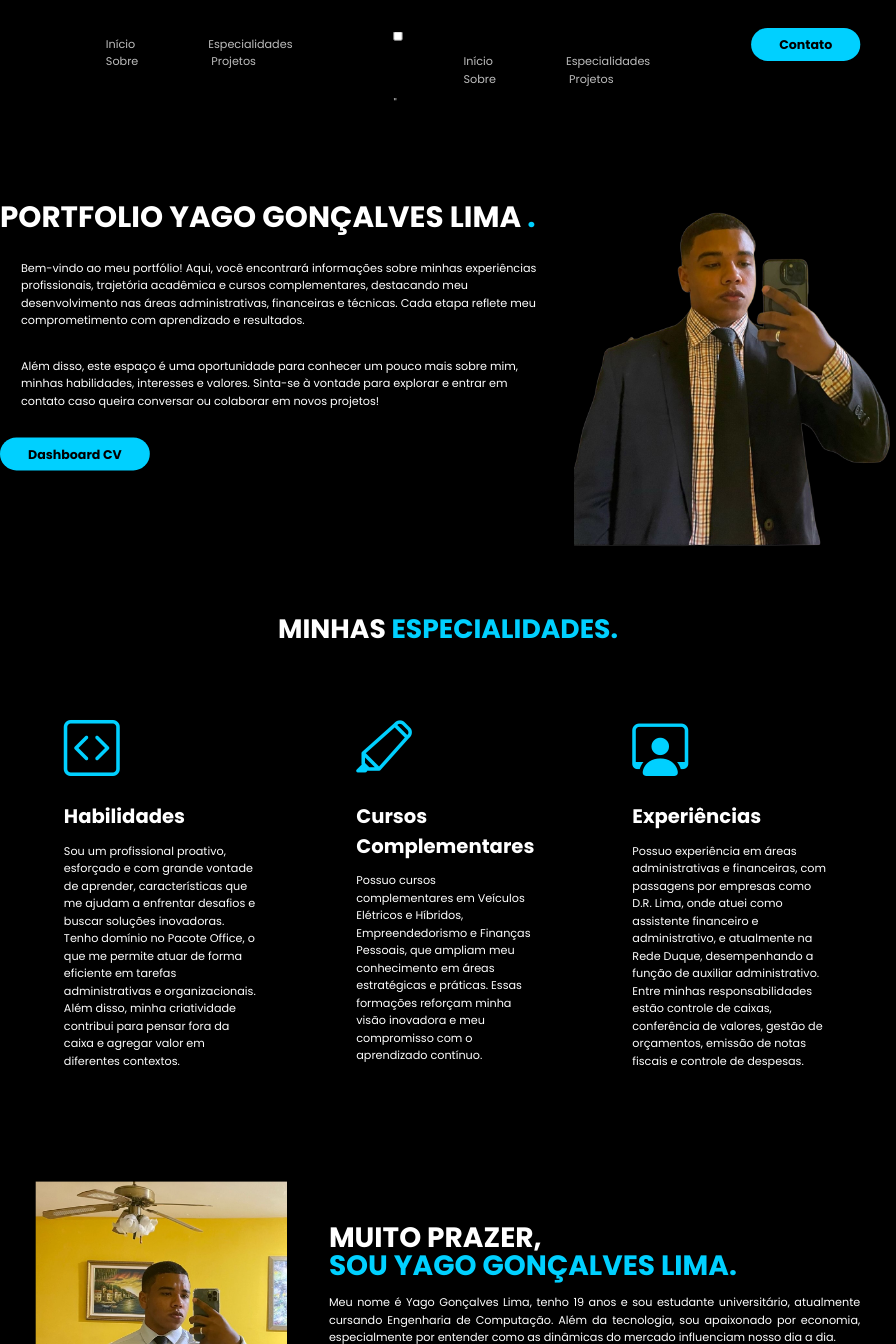
Repository: yagolima1511/Portfolio
Page: index.html
The author's editor kept a copy of each file at every save. The page is drawn from the files as they stood at one save, then again after a run of saves.
The browser window is 1280 px wide. The pictures show the part of the page from y = 0 to 1920 px (the page is 3599 px tall before and 3549 px after), at 70% of full size.

Above is the page before, as saved 2025-03-03 21:13:00.

### index.html
<!DOCTYPE html>
<html lang="pt-br">
<head>
    <meta charset="UTF-8">
    <meta name="viewport" content="width=device-width, initial-scale=1.0">
    <link rel="preconnect" href="https://fonts.googleapis.com">
<link rel="preconnect" href="https://fonts.gstatic.com" crossorigin>
<link href="https://fonts.googleapis.com/css2?family=Cabin:ital,wght@0,400..700;1,400..700&family=Poppins:ital,wght@0,100;0,200;0,300;0,400;0,500;0,600;0,700;0,800;0,900;1,100;1,200;1,300;1,400;1,500;1,600;1,700;1,800;1,900&display=swap" rel="stylesheet">
<link rel="stylesheet" href="https://cdn.jsdelivr.net/npm/bootstrap-icons@1.11.3/font/bootstrap-icons.min.css">
    <link rel="stylesheet" href="style.css">
    <link rel="icon" href="imagens.portifolio/logo_yago_sem_fundo.png">
    <title>Yago Gonçalves Lima</title>
</head>
<body>

    <header>
        <div class="interface">
             <nav>
                <nav class="menu-desktop">
                    <ul>
                        <li><a href="#início">Início</a></li>
                        <li><a href="#especialidades">Especialidades</a></li>
                        <li><a href="#sobre">Sobre</a></li>
                        <li><a href="#projetos">Projetos</a></li>
                    </ul>
                </nav>
             </nav>
             <!-- MENU MOBILE-->
              <div class="menu-mobile">
                <input type="checkbox" id="menu-toggle">
                <label for="menu-toggle" class="menu-btn">
                    <i class="bi bi-list"></i>
                </label>
                <nav class="mobiel-nav">
                    <ul>
                          <li><a href="#início">Início</a></li>
                        <li><a href="#especialidades">Especialidades</a></li>
                        <li><a href="#sobre">Sobre</a></li>
                        <li><a href="#projetos">Projetos</a></li>
                    </ul>

                    <div class="btn-contato">
                        <a href=""https://api.whatsapp.com/send?phone=5511951423405">"
                    </div>


                    </ul>
                </nav>
              </div>

             <div class="btn-contato">
                <a href="https://api.whatsapp.com/send?phone=5511951423405">
                    <button>Contato</button>
                </a>
             </div>
        </div><!--INTERFACE-->
    </header>

    <main>
        <section id="início">
        <section class="topo-do-site">
            <div class="interface">
                <div class="flex">
                    <div class="txt-topo-site">
                       <h1>PORTFOLIO YAGO GONÇALVES LIMA <span>.</span></h1>
                       <p>Bem-vindo ao meu portfólio! Aqui, você encontrará informações sobre minhas experiências profissionais, trajetória acadêmica e cursos complementares, destacando meu desenvolvimento nas áreas administrativas, financeiras e técnicas. Cada etapa reflete meu comprometimento com aprendizado e resultados.</p>
                       <p>Além disso, este espaço é uma oportunidade para conhecer um pouco mais sobre mim, minhas habilidades, interesses e valores. Sinta-se à vontade para explorar e entrar em contato caso queira conversar ou colaborar em novos projetos!</p>

                       <div class="btn-contato">
                        <a href="https://www.canva.com/design/DAGZft-klJw/L4ZIEv-Um3k0rW6E9iZL9g/edit?utm_content=DAGZft-klJw&utm_campaign=designshare&utm_medium=link2&utm_source=sharebutton">
                            <button>Dashboard CV</button>
                        </a>
                       </div>
                    </div>
                    <div class="img-topo-site">
                        <img id="img-home" src="imagens.portifolio/yago sem fundo.png" alt="" class="tamanho-fixo">

                    </div>
                </div>
            </div>
        </section>
    </section>
        <section id="especialidades">

        <section class="especialidades">
            <div class="interface">
                <h2 class="titulo">MINHAS <span>ESPECIALIDADES.</span></h2>
                <div class="flex">
                     <div class="especialidades-box">
                     <i class="bi bi-code-square"></i>
                     <h3>Habilidades</h3>
                     <p>Sou um profissional proativo, esforçado e com grande vontade de aprender, características que me ajudam a enfrentar desafios e buscar soluções inovadoras. Tenho domínio no Pacote Office, o que me permite atuar de forma eficiente em tarefas administrativas e organizacionais. Além disso, minha criatividade contribui para pensar fora da caixa e agregar valor em diferentes contextos.</p>
                </div>


                     <div class="especialidades-box">
                        <i class="bi bi-highlighter"></i>
                     <h3>Cursos Complementares</h3>
                     <p>Possuo cursos complementares em Veículos Elétricos e Híbridos, Empreendedorismo e Finanças Pessoais, que ampliam meu conhecimento em áreas estratégicas e práticas. Essas formações reforçam minha visão inovadora e meu compromisso com o aprendizado contínuo.</p>
                </div>

                     <div class="especialidades-box">
                        <i class="bi bi-person-workspace"></i>
                     <h3>Experiências</h3>
                     <p>Possuo experiência em áreas administrativas e financeiras, com passagens por empresas como D.R. Lima, onde atuei como assistente financeiro e administrativo, e atualmente na Rede Duque, desempenhando a função de auxiliar administrativo. Entre minhas responsabilidades estão controle de caixas, conferência de valores, gestão de orçamentos, emissão de notas fiscais e controle de despesas.
                    </p>
                </div>
            </div>
        </section>
    </section>
             <section id="sobre">
                    <section class="sobre">
                        <div class="interface">
                            <div class="flex">
                                <div class="img-sobre">
                                    <img src="imagens.portifolio/camisa gravata.jpeg" alt="" class="tamanho-fixo">
                                </div>
                                <div class="txt-sobre">
                                      <h2>MUITO PRAZER,<span> SOU YAGO GONÇALVES LIMA.</span> </h2>
                                          <p>Meu nome é Yago Gonçalves Lima, tenho 19 anos e sou estudante universitário, atualmente cursando Engenharia de Computação. Além da tecnologia, sou apaixonado por economia, especialmente por entender como as dinâmicas do mercado influenciam nosso dia a dia.</p>
                                          <p>Combinando meu conhecimento técnico e minha visão estratégica, estou sempre em busca de oportunidades para criar soluções inovadoras e gerar impacto real. Adoro desafios e acredito que o futuro pertence a quem está disposto a aprender e empreender!</p>
                                          <div class="btn-social">

                                                <a href="https://api.whatsapp.com/send?phone=5511951423405"><button><i class="bi bi-whatsapp"></i></button></a>
                                                <a href="https://www.linkedin.com/in/yago-lima-50758a299?utm_source=share&utm_campaign=share_via&utm_content=profile&utm_medium=ios_app"><button><i class="bi bi-linkedin"></i></button></a>

                                          </div>
                                </div>

                            </div>
                        </div>
                    </section>
                </section>
                    <section id="projetos">

                    <section class="projetos">
                        <div class="interface">
                            <h2><h2 class="titulo">PROJETO <span>DESENVOLVIDO.</span></h2></h2>

                           <div class="flex">
                            <div class="img-proj" style="background-image: url(imagens.portifolio/WhatsApp\ Image\ 2024-12-10\ at\ 22.25.13.jpeg);">
                                <div class="overlay">Projeto AlphaTec</div>
                            </div>
                            <div class="img-proj" style="background-image: url(imagens.portifolio/WhatsApp\ Image\ 2024-12-10\ at\ 22.20.26.jpeg);">
                                <div class="overlay">Projeto AlphaTec</div>
                            </div>
                            <div class="img-proj" style="background-image: url(imagens.portifolio/WhatsApp\ Image\ 2024-12-10\ at\ 22.20.24.jpeg);">
                                <div class="overlay">Projeto AlphaTec</div>

                            </div>
                           </div>
                        </div>

                        <section class="projeto">
                            <div class="interface">
                                <div class="flex">
                        <div class="txt-paragrafo-projeto">
                                <p>Juntamente com meus colegas de faculdade, desenvolvemos o Projeto AlphaTec. O projeto do carrinho autônomo com Arduino é uma aplicação simples de robótica, onde o objetivo principal é criar um veículo que detecte obstáculos e mude de direção automaticamente usando um sensor ultrassônico. Aqui está uma explicação didática e direta sobre os principais componentes e funcionamento:</p>

                        </div> <!--txt-->
                    </div>
                            </div><!--INTERFACE-->



                     </section>


                     <ul>
                        <li>
                            Arduino: É o "cérebro" do carrinho, responsável por processar as informações do sensor ultrassônico e controlar os motores.
                        <li>

                                Sensor Ultrassônico (HC-SR04): Detecta obstáculos à frente, medindo a distância usando ondas sonoras.
                            </li>
                            <li>
                                Motores e Ponte H (L298N): Movem o carrinho e permitem controlar o sentido de rotação (para frente, para trás ou virar).
                            </li>
                            <li>
                                Baterias/Pilhas: Alimentam o Arduino e os motores.
                            </li>
                            <li>
                                Estrutura do Carrinho: Uma base com rodas onde os componentes são fixados
                            </li>
                        </ul>

                    </section>
                </section>


    </main>
    <footer>
        <div class="interface">
            <div class="line-footer">
                <div class="flex">
                <div class="btn-social">

                    <a href="https://api.whatsapp.com/send?phone=5511951423405"><button><i class="bi bi-whatsapp"></i></button></a>
                    <a href="https://www.linkedin.com/in/yago-lima-50758a299?utm_source=share&utm_campaign=share_via&utm_content=profile&utm_medium=ios_app"><button><i class="bi bi-linkedin"></i></button></a>

              </div>
            </div>
            </div>
                <div class="line-footer borda">
                    <p><i class="bi bi-envelope-fill"></i> <a href="mailto:goncalveslima2005@gmail.com">goncalveslima2005@gmail.com</a></p>

            </div>

        </div>
    </footer>
</body>
</html>

### style.css
/*ESTILO GERAL*/
html {
    scroll-behavior: smooth;
}

*{
    margin: 0;
    padding: 0;
    box-sizing: 0;
    font-family: "Poppins", serif;
}

body{
    background-color: black;
    height: 100vh;
}

.interface{
    max-width: 1280px;
    margin: 0 auto;
}

.flex{
    display: flex;
}

.btn-contato button{
    padding: 10px 40px;
    font-size: 18px;
    font-weight: 700;
    background-color: #00d0ff;
    border: 0;
    border-radius: 30px;
    cursor: pointer;
    transition: .2s;
}

h2.titulo{
    color: white;
    font-size: 38px;
    text-align: center;
}

h2.titulo span{
    color: #00d0ff;
}

 button:hover{
    box-shadow: 0px 0px 8px #00d0ff;
    transform: scale(1.05);
}

/* ESTILO DO CABEÇALHO */
header{
    padding: 40px 4%;
}

header > .interface{
    display: flex;
    align-items: left;
    justify-content: space-between;
}

header a{
    color: #7d7d7d;
    text-decoration: none;
    display: inline-block;
    transition: .2s;
}

header a:hover{
    color:#fff;
    transform: scale(1.05);
}

header nav ul{
    list-style-type: none;
}

header nav ul li{
    display: inline-block;
    padding: 0 50px;
}

/* ESTILO DO TOPO DO SITE */
section.topo-do-site{
    padding: 40px 0%;
}

section.top-do-site.flex{
    align-items: center;
    justify-content: center;
    gap: 90px;
}

.topo-do-site h1{
    color: white;
    font-size: 42px;
    line-height: 40px;
}

.txt-topo-site span{
    color: #00d0ff;
}

.topo-do-site .txt-topo-site p{
    color: white;
    margin: 40px 30px;

}

.topo-do-site .img-topo-site img{
    position: relative;
    animation: flutuar 2s ease-in-out infinite alternate;
}

@keyframes flutuar{
    0%{
        top: 0;
    }
    100%{
        top: 30px;
    }
}

/* ESPECIALIDADES */
section.especialidades{
    padding: 40px 4%;
}

section.especialidades .flex{
    gap: 60px;
}

.especialidades .especialidades-box{
    color: white;
    padding: 40px;
    border-radius: 20px;
    margin-top: 45px;
    transition: .2s;
}

.especialidades .especialidades-box:hover{
    transform: scale(1.05);
    box-shadow: 0 0 8px #ffffff78;
}

.especialidades .especialidades-box i{
    font-size: 80px;
    color: #00d0ff;
}

.especialidades .especialidades-box h3{
   font-size: 28px;
   margin: 15px 0;
}

/* ESTILO SOBRE */
section.sobre{
    padding: 80px 4%;
}

section.sobre .flex{
    align-items: center;
    gap: 60px;
}

.sobre .txt-sobre{
    color: white;
    line-height: 40px;
    margin-bottom: 30px;
}

.sobre .txt-sobre h2{
    font-size: 40px;
}

.sobre .txt-sobre h2 span{
    color: #00d0ff;
    display: block;
}

.sobre .txt-sobre p{
     margin: 20px 0;
     text-align: justify;
     line-height: 25px;
}

 .btn-social button{
     width: 60px;
     height: 60px;
     border-radius: 50%;
     border: none;
     background-color: #00d0ff;
     font-size: 22px;
     cursor: pointer;
     margin: 0 5px;
     transition: 2.s;
}

/* ESTILO DO PORTIFÓLIO */
section.projetos{
     padding: 80px 4%;
     box-shadow: 0 0 40px 10px rgba(255, 255, 255, 0.107);
}

section.projetos .flex{
    justify-content: space-around;
    margin-top: 60px;
}

.img-proj{
    width: 360px;
    height: 460px;
    background-size: cover;
    background-position: 100% 0%;
    transition: 1s;
    cursor: pointer;
    border-radius: 40px;  /* DEIXA A FOTO C ASA BORDAS REDONDAS */
    position: relative;
}

.img-proj:hover{
    background-position: 100% 100%;
}


.overlay{
    position: absolute;
    top: 0;
    left: 0;
    width: 100%;
    height: 100%;
    background-color: #010d01c3;
    border-radius: 40px;
    display: flex;
    align-items: center;
    justify-content: center;
    font-size: 24px;
    font-weight: 600;
    color: white;
    opacity: 0;
    transition: .5s;
}

.overlay:hover{
    opacity: 1;
}

.txt-paragrafo-projeto p{
    color: white;
    margin-bottom: 20px;
}

ul{
    list-style-position: inside;
    color: white;
    padding: 10px 50px;
}

/* ESTILO DO RODAPÉ */

footer{
    padding: 60px 4%;
    box-shadow: 0 0 40px 10px rgba(255, 255, 255, 0.090);
}

footer .flex{
    justify-content: space-between;
}

footer .line-footer{
    padding: 20px 0;
}

.borda{
    border-top: 2px solid #00d0ff;
}

footer .line-footer p i{
    color: #00d0ff;
    font-size: 22px;
}

footer .line-footer p a{
    color: white;
}

footer .line-footer p{
    text-align: right;
}



@media screen and (max-width: 1041.60px){
    /*classes gerais*/

    .flex{
        flex-direction: column-reverse;
    }

    h2.titulo{
        font-size: 34px;
        line-height: 40px;
    }

    /*cabeçalho*/
    .menu-desktop, .btn-contato{
        display: none;
    }

    .img-topo-site {
        display: none;
    }

    .txt-topo-site h1{
        margin: 7px;
        text-align: center;
        font-size: 35px;
    }

    /*topo do site*/

    section.top-do-site .flex{
        gap: 40px;

    section.topo-do-site{
        padding: 20px 8%;
    }


    .topo-do-site h1{
        font-size: 30px;
    }


    .topo-do-site .img-topo-site img{
        width: 100%;

    }
}
    /* ESPECIALIDADES */
section.especialidades{
    padding: 40px 8%;
    flex-direction: column;
}
/* SOBRE */
section.sobre{
    padding: 80px 8%;
}
.sobre .txt-sobre h2{
    font-size: 35px;
    line-height: 35px;
    text-align: center;
}
.btn-social{
    text-align: center;
}

.img-sobre img{
    width: 100%;
}

/* PROJETO*/
section.projetos{
    padding: 80px 8%;
}
.img-proj{
    width: 100%;
    max-width: 360px;
    margin: 0 auto;

}

section.projetos .flex{
   gap: 60px;
}
footer .flex{
    flex-direction: column;
}

footer .line-footer p{
    text-align: center;
}


}

.tamanho-fixo{


    height: 492px;
}

header a {
    color: #bdbdbd;
    text-decoration: none;
    display: inline-block;
    transition: .2s;
}

After the next 3 saves:
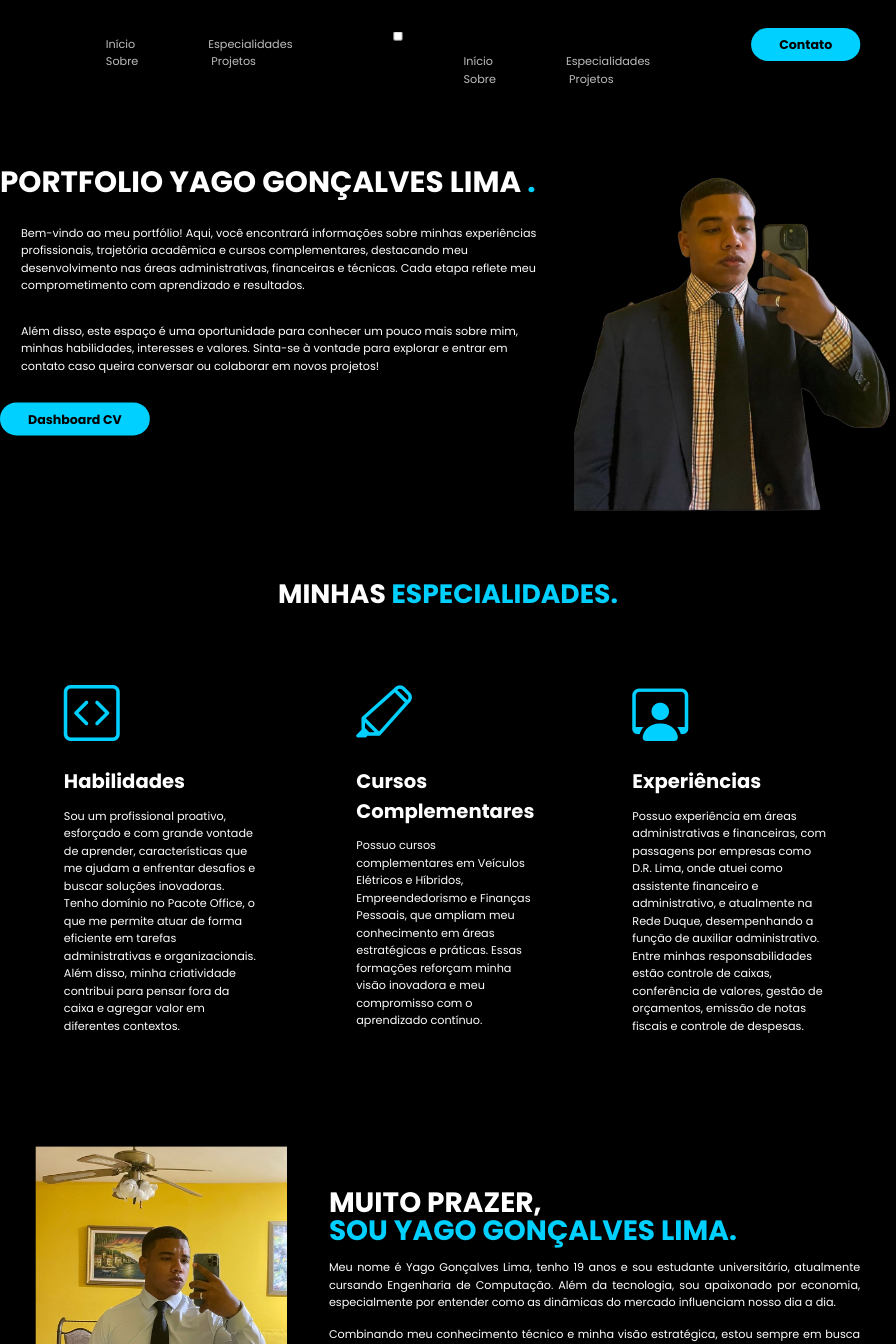
The 3 saves are shown as one change because they came seconds apart.
The last was saved 13 s later.
--- a/index.html
+++ b/index.html
@@ -40,7 +40,7 @@
                     </ul>
 
                     <div class="btn-contato">
-                        <a href=""https://api.whatsapp.com/send?phone=5511951423405">"
+                        <a href=""https://api.whatsapp.com/send?phone=5511951423405"></a>"
                     </div>
 
 
